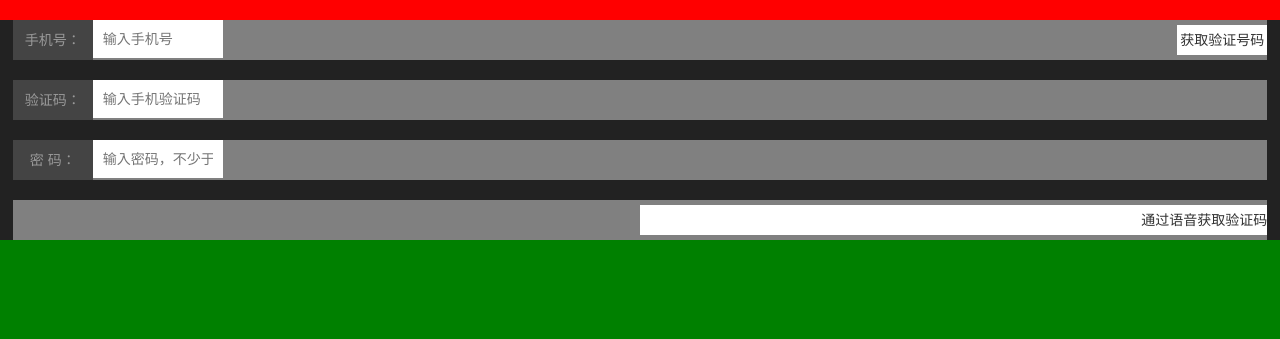
Repository: wangxinjun08231116/Html5Views
Page: WangXinJun/WebContent/htmls/QCF/ZhuCe.html
The author's editor kept a copy of each file at every save. The page is drawn from the files as they stood at one save, then again after the next save.
The browser window is 1280 px wide. The pictures show the whole page.

Above is the page before, as saved 2015-01-22 04:04:38.

After the next save:
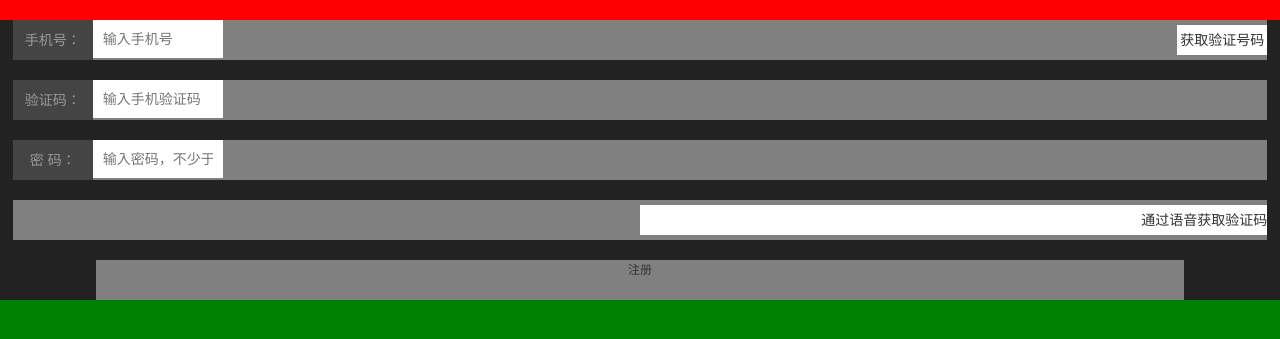
Saved 4 s later.
--- a/WangXinJun/WebContent/htmls/QCF/ZhuCe.html
+++ b/WangXinJun/WebContent/htmls/QCF/ZhuCe.html
@@ -35,6 +35,10 @@
 	  		<p class="yuyinYanZhengPan"> 通过语音获取验证码 </p>
 	  </div>
 
+	 <div  class="zhuCeDiv">
+			<a> 注册 </a>
+	  </div>
+
 
 
 
